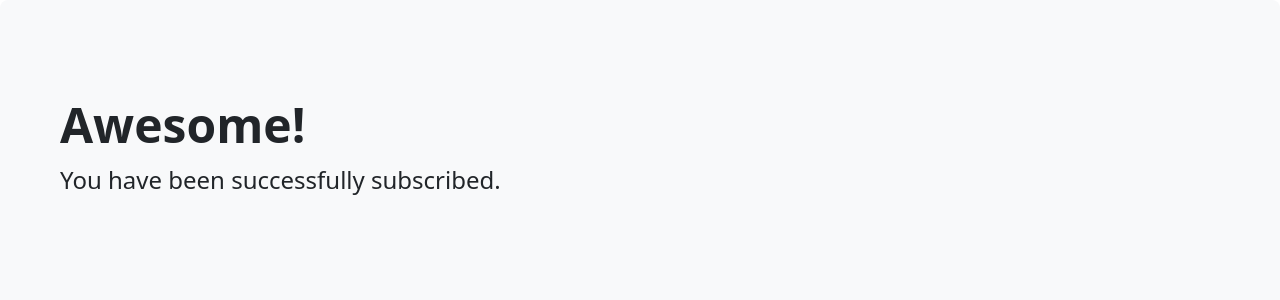
Repository: thecoachanna/newsletter-signup
Page: success.html
An editor plug-in stored every save of this project. The page is shown before and after the next save, followed by the edit.
The browser window is 1280 px wide. The pictures show the whole page.

Above is the page before, as saved 2023-05-05 09:25:57.

### success.html
<!DOCTYPE html>
<html lang="en">
<head>
    <meta charset="UTF-8">
    <meta http-equiv="X-UA-Compatible" content="IE=edge">
    <meta name="viewport" content="width=device-width, initial-scale=1.0">
    <link href="https://cdn.jsdelivr.net/npm/bootstrap@5.3.0-alpha3/dist/css/bootstrap.min.css" rel="stylesheet"
        integrity="sha384-KK94CHFLLe+nY2dmCWGMq91rCGa5gtU4mk92HdvYe+M/SXH301p5ILy+dN9+nJOZ" crossorigin="anonymous">
    <title>Success</title>
</head>
<body>
    <div class="p-5 mb-4 bg-body-tertiary rounded-3">
        <div class="container-fluid py-5">
          <h1 class="display-5 fw-bold">Awesome!</h1>
          <p class="col-md-8 fs-4">You have been successfully subscribed. </p>

        </div>
      </div>
</body>
</html>

After the next save:
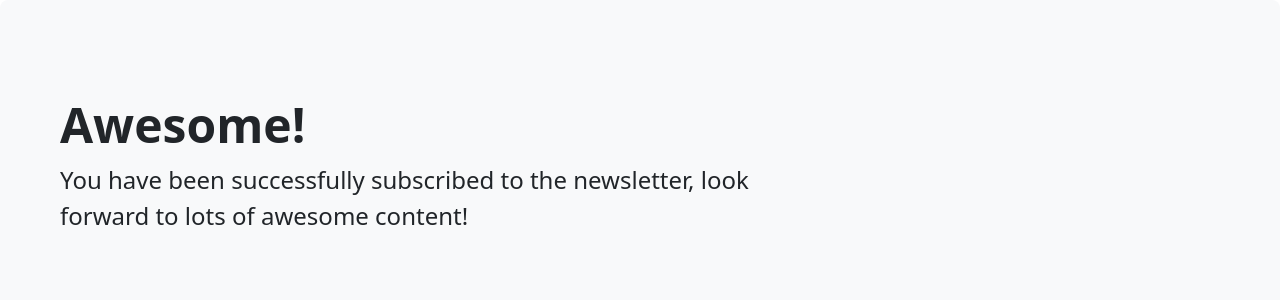
Saved 15 s later.
--- a/success.html
+++ b/success.html
@@ -12,7 +12,7 @@
     <div class="p-5 mb-4 bg-body-tertiary rounded-3">
         <div class="container-fluid py-5">
           <h1 class="display-5 fw-bold">Awesome!</h1>
-          <p class="col-md-8 fs-4">You have been successfully subscribed. </p>
+          <p class="col-md-8 fs-4">You have been successfully subscribed to the newsletter, look forward to lots of awesome content!</p>
 
         </div>
       </div>
